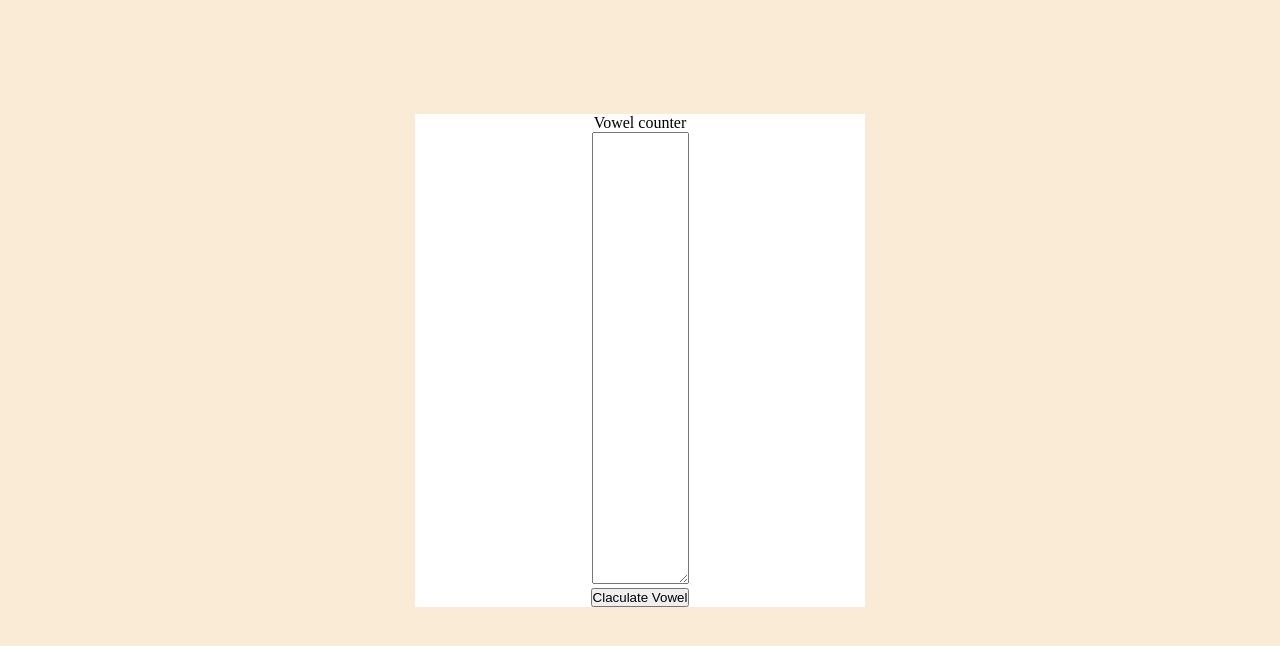
Repository: JunaidAnsari202/Vowel-counter
Page: index.html
An editor plug-in stored every save of this project. The page is shown before and after a run of saves, followed by the edit.
The browser window is 1280 px wide. The pictures show the whole page.

Above is the page before, as saved 2024-10-17 11:37:38.

After the next 3 saves:
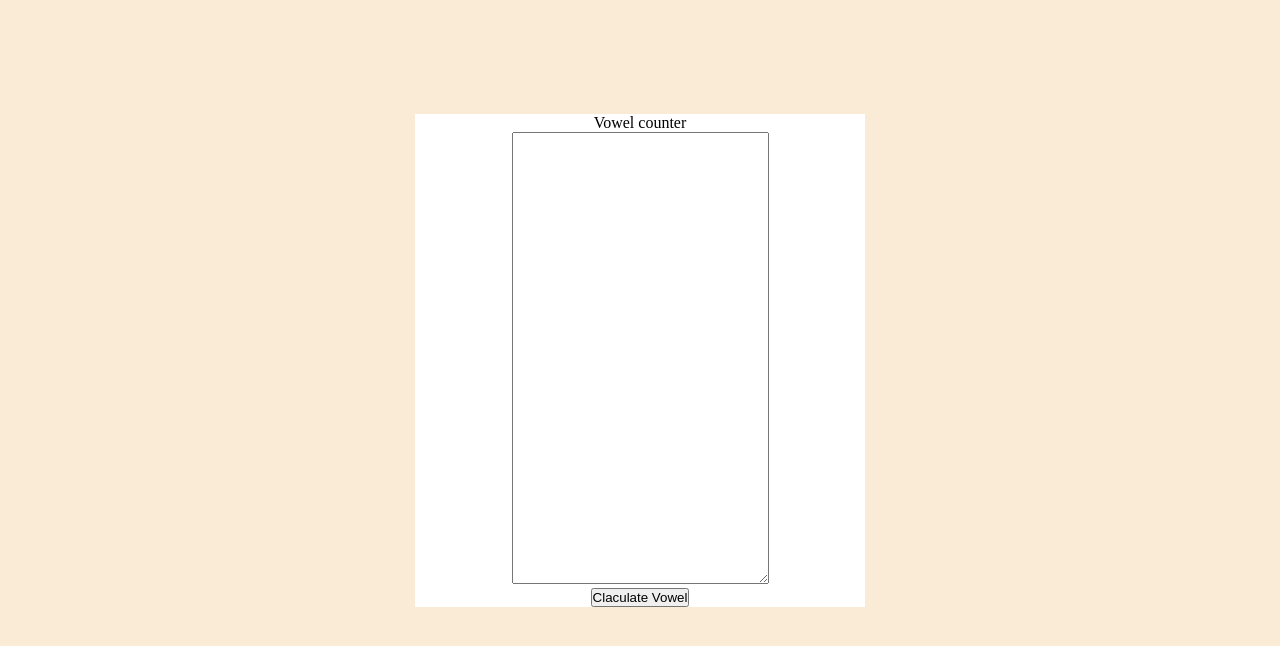
The 3 saves are shown as one change because they came seconds apart.
The last was saved 14 s later.
--- a/index.html
+++ b/index.html
@@ -10,7 +10,7 @@
     <div class="container">
         <div class="header">Vowel counter</div>
         <div class="textarea">
-            <textarea name="vowelinput" id="textarea" rows="30" cols="10"></textarea>
+            <textarea name="vowelinput" id="textarea" rows="30" cols="30"></textarea>
         </div>
         <div class="count">
             <button id="count">Claculate Vowel</button>
